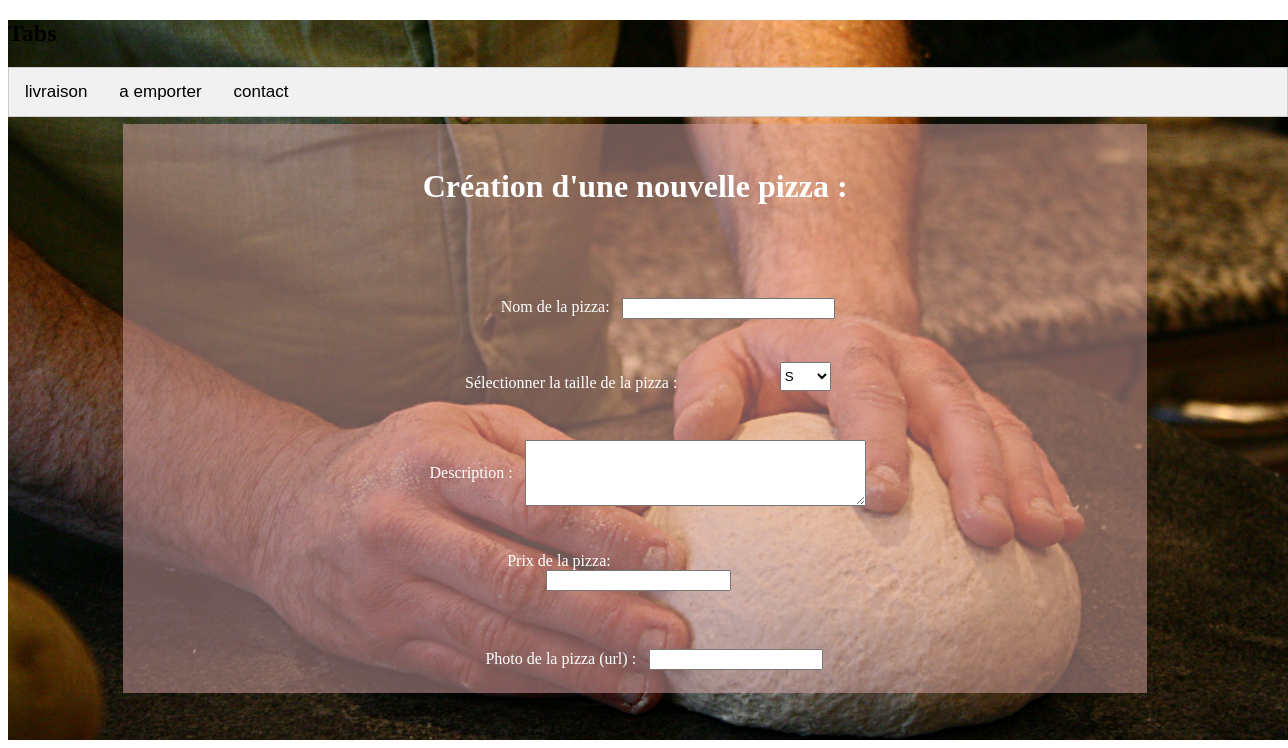
Repository: dev84-unalien/pippo_pizza
Page: admin.html
The author's editor kept a copy of each file at every save. The page is drawn from the files as they stood at one save, then again after the next save.
The browser window is 1280 px wide. The page is 1288 px wide, so the pictures cover 1288 px, including what lies to the right of the window. The pictures show the whole page.

Above is the page before, as saved 2019-09-11 10:17:39.

### admin.html
<!DOCTYPE html>
<html lang="en">

<head>
    <meta charset="UTF-8">
    <meta name="viewport" content="width=device-width, initial-scale=1.0">
    <meta http-equiv="X-UA-Compatible" content="ie=edge">
    <title>pizzaria pippo</title>
    <link rel="stylesheet" href="admin.css">
    <script src="jquery-3.4.1.min.js"></script>
    <script src="admin.js"></script>

</head>

<body>
    <div id=unos>
        <div id=commande>

            <h2>Tabs</h2>


            <div class="tab">
                <button class="tablinks" onclick="openCity(event, 'livraison')">livraison</button>
                <button class="tablinks" onclick="openCity(event, 'emporter')">a emporter</button>
                <button class="tablinks" onclick="openCity(event, 'contact')">contact</button>
            </div>

            <div id="livraison" class="tabcontent">
                <h3>livraison</h3>
            </div>

            <div id="emporter" class="tabcontent">
                <h3>emporter</h3>

            </div>

            <div id="contact" class="tabcontent">
            </div>
            </form>

         <div id="body">
            <div id="Gcadre">
                <h1>Création d'une nouvelle pizza :</h1>
                 <div id="Nom">Nom de la pizza:<input id="écriture"></input></div>
                  <div id="Taille">
                  <p>Sélectionner la taille de la pizza :</p>
                   <select >
                         <option value="S">S</option>
                         <option value="M">M</option>
                         <option value=">L">L</option>
                         <option value="XL">XL</option>
                         <option value="XXL">XXL</option>
                     </select>
                </div>
                <div id="Description">Description :<TEXTAREA name="desc" rows=4 cols=40></TEXTAREA></div>
                <div id="Prix">Prix de la pizza: <input id="prix1"></input></div>

                <div id="Image"> Photo de la pizza (url) :<input id="imgpizza"></input></div>
            </div>

        </div>
    </div>
</body>

</html>

### admin.css
#unos {
  height: 100vh;
  width: 100vw;
  background-image: url("images/ajoutpizza.jpg");
  justify-content: cover;
  background-size: 100vw;
}
#body{
    width: 100vw;
    height: 80vh;
    display: flex;
  flex-direction: column;
  justify-content: center;
  align-content: center;
}
#Gcadre {
  display: flex;
  flex-direction: column;
  justify-content: space-around;
  align-items: center;
  width: 80vw;
  height: 80vh;
  background-color: rgba(216, 166, 166, 0.5);
  margin-left: 9vw;
  margin-top:1vh;
  color: white;
}

#Nom {
  margin-left: 9vw;
  display: flex;
  color: white;
  margin-top: 2vw;
  width: 30vw;
  height:2vh;
}
#écriture{
  width:16vw;
  height:2vh;
  margin-left:1vw;
}

#Taille {
  margin-right: 6vw;
  display: flex;
  justify-content: center;
  align-content: center;
  width: 80vw;
  height: 5vh;
}
select {
  width: 4vw;
  height: 4vh;
  margin-top: 0.5vh;

}

#Description{
  margin-left: 2vw;
  size: 5rem;
  display: flex;
  justify-content: center;
  align-items: center;

}
#Prix{
  width: 20vw;
  height: 4vw;

}
#prix1{
  margin-left:3vw;
}
#imgpizza{
width: 13vw;
margin-left:1vw;
}
#Image{
  margin-left: 3vw;
}
TEXTAREA{
  margin-left:1vw;

}
p {
  color: white;
  margin-left: 8vw;
  margin-right: 8vw;
}

#formulaire {
  height: 50%;
  width: 50%;
  background-color: aliceblue;
}

#livraison {
  background-color: aquamarine;
}

#emporter {
  background-color: beige;
}
#contact {
  background-color: powderblue;
}

.tab {
  overflow: hidden;
  border: 1px solid #ccc;
  background-color: #f1f1f1;
}

/* Style the buttons inside the tab */

.tab button {
  background-color: inherit;
  float: left;
  border: none;
  outline: none;
  cursor: pointer;
  padding: 14px 16px;
  transition: 0.3s;
  font-size: 17px;
}

/* Change background color of buttons on hover */

.tab button:hover {
  background-color: red;
}

/* Create an active/current tablink class */

.tab button.active {
  background-color: red;
}

/* Style the tab content */

.tabcontent {
  display: none;
  padding: 6px 12px;
  border: 1px solid red;
  border-top: none;
}

Loaded but not shown: jquery-3.4.1.min.js (library); admin.js (no copy from this time; the picture is the same without it)

After the next save:
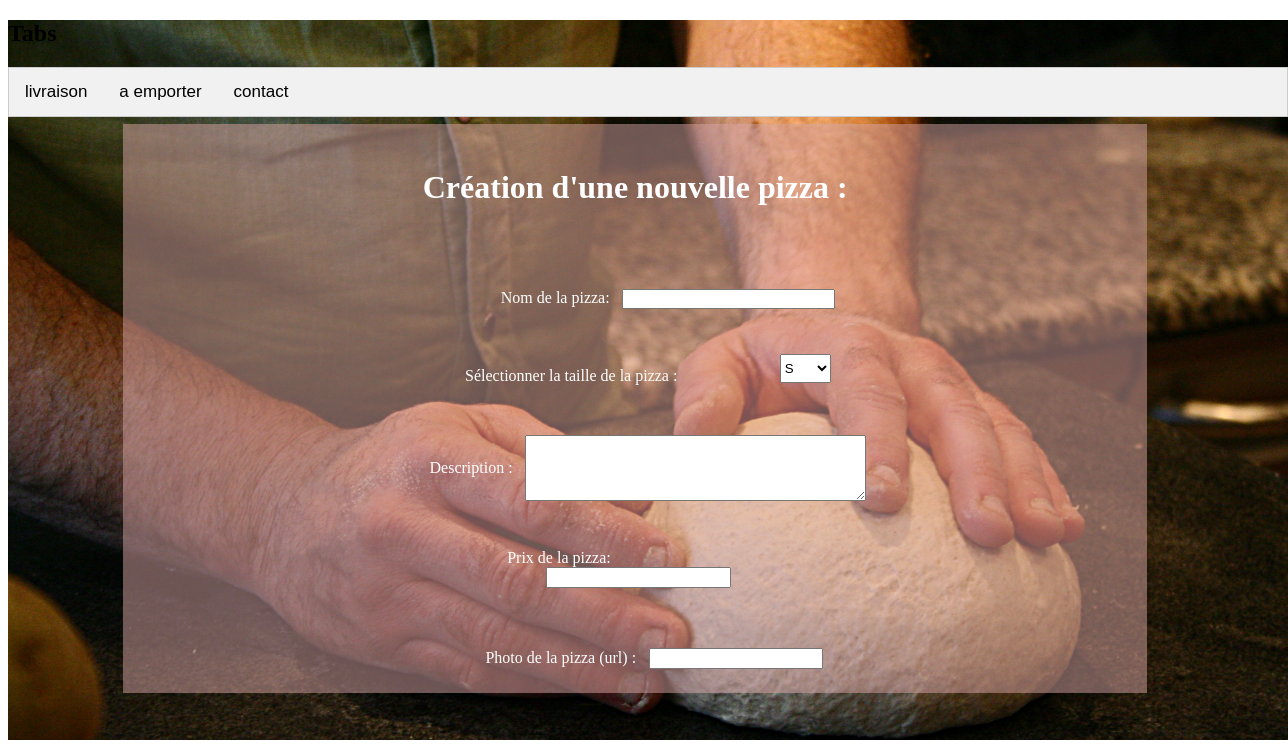
Saved 8 s later.
--- a/admin.css
+++ b/admin.css
@@ -30,7 +30,7 @@
   margin-left: 9vw;
   display: flex;
   color: white;
-  margin-top: 2vw;
+  margin-top: 1vw;
   width: 30vw;
   height:2vh;
 }
